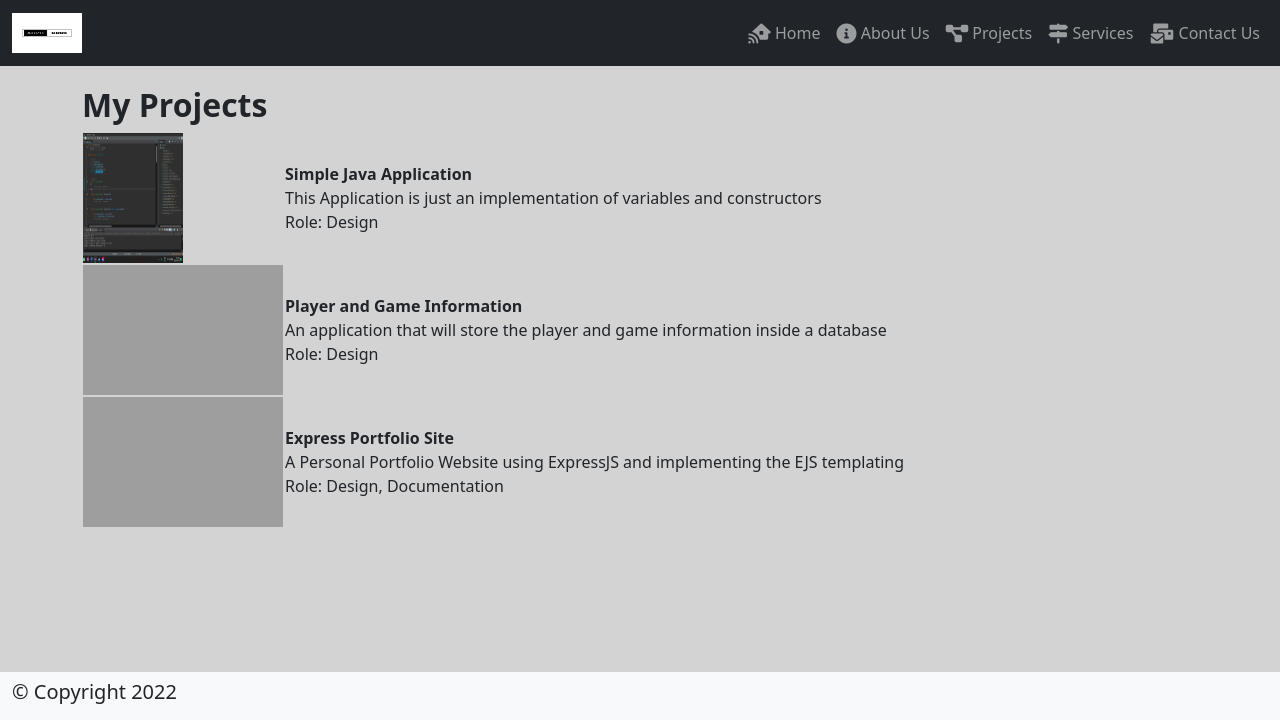
Repository: acarino4/Express-Portfolio-Site
Page: http://localhost/projects
An editor plug-in stored every save of this project. The page is shown before and after the next save, followed by the edit.
The browser window is 1280 px wide. The pictures show the whole page.
Pictures or frames that could not be fetched are drawn as grey boxes. The page is served by the project's Node server (server.js). Other server files are loaded and not shown.

Above is the page before, as saved 2022-10-08 19:21:07.

### Server/Views/index.ejs
<!--
    *****************************************
    * File Name: MyExpressPortfolio         *
    * Students Name: Jenyll Mabborang       *
    * Student ID: 301225121                 *
    * Date: June 06, 2022                   *
    *****************************************
-->

<!DOCTYPE html>
<html lang="en">
<head>
    <meta charset="UTF-8">
    <meta http-equiv="X-UA-Compatible" content="IE=edge">
    <meta name="viewport" content="width=device-width, initial-scale=1.0">
    <title><%= title %></title>
    <!-- CSS Goes Here -->
    <link rel="stylesheet" href="./bootstrap/dist/css/bootstrap.min.css">
    <link rel="stylesheet" href="./@fortawesome/fontawesome-free/css/all.min.css">
    <link rel="stylesheet" href="./Content/app.css">
</head>
<body>
    <!-- Main Navigation Section -->
    <header>
        <%- include('components/header.ejs'); %> <!-- Inserts or injects my header.ejs inside my header-->
    </header>

    <!-- Content Section -->
    <main>
        <%- include('content/' + page + '.ejs'); %>
    </main>

    <!-- Site-wide Footer Section -->
    <footer>
        <!-- Site-wide footer -->
        <%- include('components/footer.ejs'); %> <!-- Inserts or injects my footerr.ejs inside my footer-->
    </footer>

    <!-- JavaScript goes here -->
    <script src="./jquery/dist/jquery.min.js"></script>
    <script src="./bootstrap/dist/js/bootstrap.min.js"></script>
    <script src="./@fortawesome/fontawesome-free/js/all.min.js"></script>
    <script src="./Scripts/app.js"></script>
</body>
</html>

### Server/Views/components/header.ejs
<!--
  Name: Angelo Caster M. Carino
  Student ID: 301223955
  Assignment 1: Express Portfolio Site
-->
<nav class="navbar navbar-expand-lg navbar-dark bg-dark">
    <div class="container-fluid">
      <a class="navbar-brand" href="/"><img src="./Assets/images/ACPH.png" alt="" width="70" height="40"></i> </a>
      <button class="navbar-toggler" type="button" data-bs-toggle="collapse" data-bs-target="#navbarSupportedContent" aria-controls="navbarSupportedContent" aria-expanded="false" aria-label="Toggle navigation">
        <span class="navbar-toggler-icon"></span>
      </button>
      <div class="collapse navbar-collapse" id="navbarSupportedContent">
        <ul class="navbar-nav ms-auto mb-2 mb-lg-0">

          <!-- Home Page link -->
          <li class="nav-item">
            <a class="nav-link" aria-current="page" href="/home"><i class="fa-solid fa-house-signal fa-lg"></i> Home</a>
          </li>

          <!-- About Page link -->
          <li class="nav-item">
            <a class="nav-link" aria-current="page" href="/about"><i class="fa-solid fa-circle-info fa-lg"></i></i> About Us</a>
          </li>

          <!-- Projects Page link -->
          <li class="nav-item">
            <a class="nav-link" aria-current="page" href="/projects"><i class="fa-solid fa-diagram-project fa-lg"></i></i> Projects</a>
          </li>

          <!-- Services Page link -->
          <li class="nav-item">
            <a class="nav-link" aria-current="page" href="/services"><i class="fa-solid fa-signs-post fa-lg"></i></i> Services</a>
          </li>

          <!-- Contact Page link -->
          <li class="nav-item">
            <a class="nav-link" aria-current="page" href="/contact"><i class="fa-solid fa-envelopes-bulk fa-lg"></i> Contact Us</a>
          </li>

        </ul>
      </div>
    </div>
  </nav>

### Server/Views/content/projects.ejs
<!--
  Name: Angelo Caster M. Carino
  Student ID: 301223955
  Assignment 1: Express Portfolio Site
-->

<!-- PROJECTS.EJS body content section -->
<head>
    <style>
        body {
            background-color:lightgray;
        }
        .div1 {
            border: 1px solid black;
            padding: 16px;
            background-color: grey;
        }

   </style>

</head>

<div class="container" style="padding-top: 20px;">
    <h2><strong> My Projects </strong></h2>

    <!-- List of all my projects inside a table-->
    <table>
        <tr>
            <td><img src="./Assets/images/java.png" alt="" width="100" height="130"></td>
            <td><strong> Simple Java Application</strong> <br>
                This Application is just an implementation of variables and constructors<br>
                Role: Design
            </td>
        </tr>

        <tr>
            <td><img src="./Assets/images/player_game_info.png" alt="" width="200" height="130"></td>
            <td><strong> Player and Game Information </strong> <br>
                An application that will store the player and game information inside a database<br>
                Role: Design
            </td>
        </tr>

        <tr>
            <td><img src="./Assets/images/myportfolio.png" alt="" width="200" height="130"></td>
            <td><strong> Express Portfolio Site</strong> <br>
                A Personal Portfolio Website using ExpressJS and implementing the EJS templating <br>
                Role: Design, Documentation
            </td>
        </tr>
    </table>
</div>

### Server/Views/components/footer.ejs
<!--
  Name: Angelo Caster M. Carino
  Student ID: 301223955
  Assignment 1: Express Portfolio Site
-->

<nav class="navbar fixed-bottom bg-light">
    <div class="container-fluid">
      <h5 id="copyright">&copy; Copyright 2022 </h5>
    </div>
</nav>

### server.js
#!/usr/bin/env node
"use strict";
var __importDefault = (this && this.__importDefault) || function (mod) {
    return (mod && mod.__esModule) ? mod : { "default": mod };
};
Object.defineProperty(exports, "__esModule", { value: true });
const app_1 = __importDefault(require("./Server/Config/app"));
const debug_1 = __importDefault(require("debug"));
(0, debug_1.default)('lesson4:server');
const http_1 = __importDefault(require("http"));
const port = normalizePort(process.env.PORT || '3000');
app_1.default.set('port', port);
const server = http_1.default.createServer(app_1.default);
server.listen(port);
server.on('error', onError);
server.on('listening', onListening);
function normalizePort(val) {
    var port = parseInt(val, 10);
    if (isNaN(port)) {
        return val;
    }
    if (port >= 0) {
        return port;
    }
    return false;
}
function onError(error) {
    if (error.syscall !== 'listen') {
        throw error;
    }
    let bind = typeof port === 'string'
        ? 'Pipe ' + port
        : 'Port ' + port;
    switch (error.code) {
        case 'EACCES':
            console.error(bind + ' requires elevated privileges');
            process.exit(1);
            break;
        case 'EADDRINUSE':
            console.error(bind + ' is already in use');
            process.exit(1);
            break;
        default:
            throw error;
    }
}
function onListening() {
    let addr = server.address();
    let bind = 'pipe ' + addr;
    (0, debug_1.default)('Listening on ' + bind);
}
//# sourceMappingURL=server.js.map

### Server/Routes/index.js
"use strict";
var __importDefault = (this && this.__importDefault) || function (mod) {
    return (mod && mod.__esModule) ? mod : { "default": mod };
};
Object.defineProperty(exports, "__esModule", { value: true });
const express_1 = __importDefault(require("express"));
const router = express_1.default.Router();
router.get('/', function (req, res, next) {
    res.render('index', { title: 'Home', page: 'home' });
});
router.get('/home', function (req, res, next) {
    res.render('index', { title: 'Home', page: 'home' });
});
router.get('/about', function (req, res, next) {
    res.render('index', { title: 'About Us', page: 'about' });
});
router.get('/projects', function (req, res, next) {
    res.render('index', { title: 'Our Projects', page: 'projects' });
});
router.get('/services', function (req, res, next) {
    res.render('index', { title: 'Our Services', page: 'services' });
});
router.get('/contact', function (req, res, next) {
    res.render('index', { title: 'Contact Us', page: 'contact' });
});
exports.default = router;
//# sourceMappingURL=index.js.map

### Client/Content/app.css
/*CUSTOM CSS GOES HERE*/

### Client/Scripts/app.js
"use strict";
(function () {
    function Start() {
        console.log("App Started!");
        let XHR = new XMLHttpRequest();
        XHR.open("GET", "../data/data.json");
        XHR.send();
        XHR.addEventListener("readystatechange", function () {
            if (XHR.readyState == 4 && XHR.status == 200) {
                console.log("JSON Data:");
                console.log("===========");
                console.log(XHR.responseText);
            }
        });
    }
    window.addEventListener("load", Start);
})();
//# sourceMappingURL=app.js.map

### Client/data/data.json
{
    "FullName": "Jenyll Mabborang",
    "ContactNumber": "564315584",
    "EmailAddress": "jenyll@example.com"
}

After the next save:
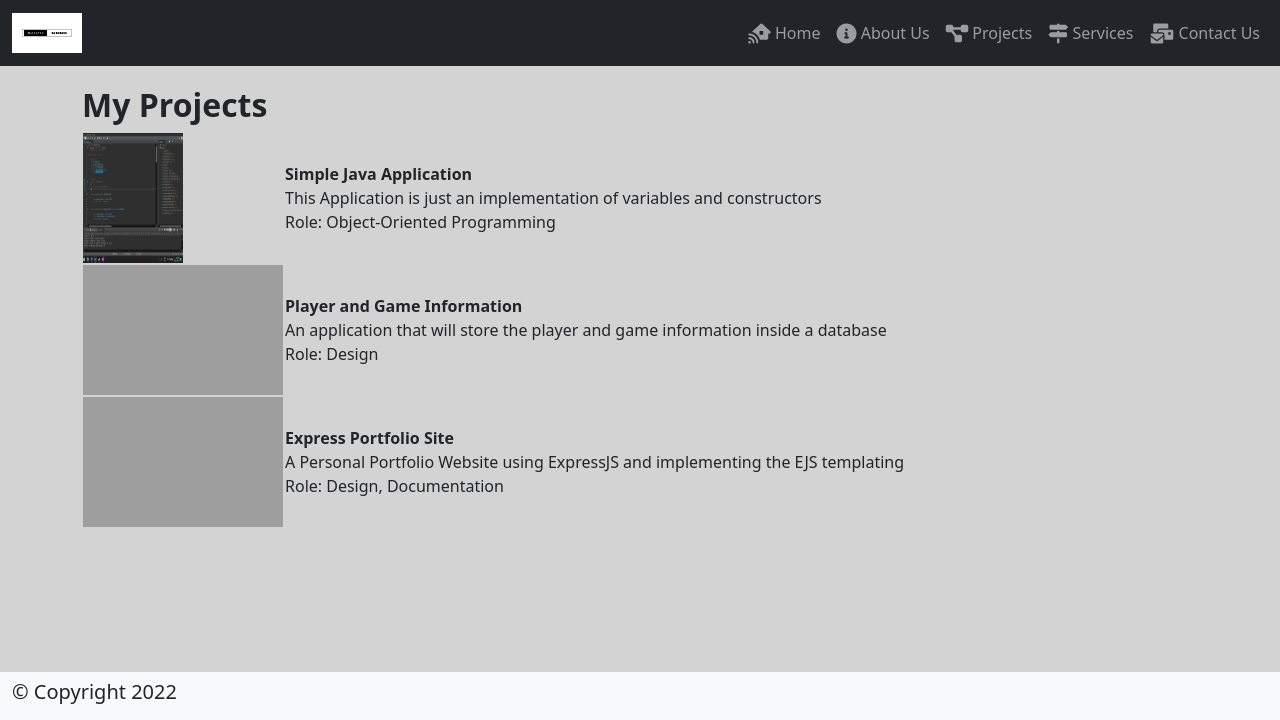
Saved 8 s later.
--- a/Server/Views/content/projects.ejs
+++ b/Server/Views/content/projects.ejs
@@ -29,7 +29,7 @@
             <td><img src="./Assets/images/java.png" alt="" width="100" height="130"></td>
             <td><strong> Simple Java Application</strong> <br>
                 This Application is just an implementation of variables and constructors<br>
-                Role: Design
+                Role: Object-Oriented Programming
             </td>
         </tr>
 
